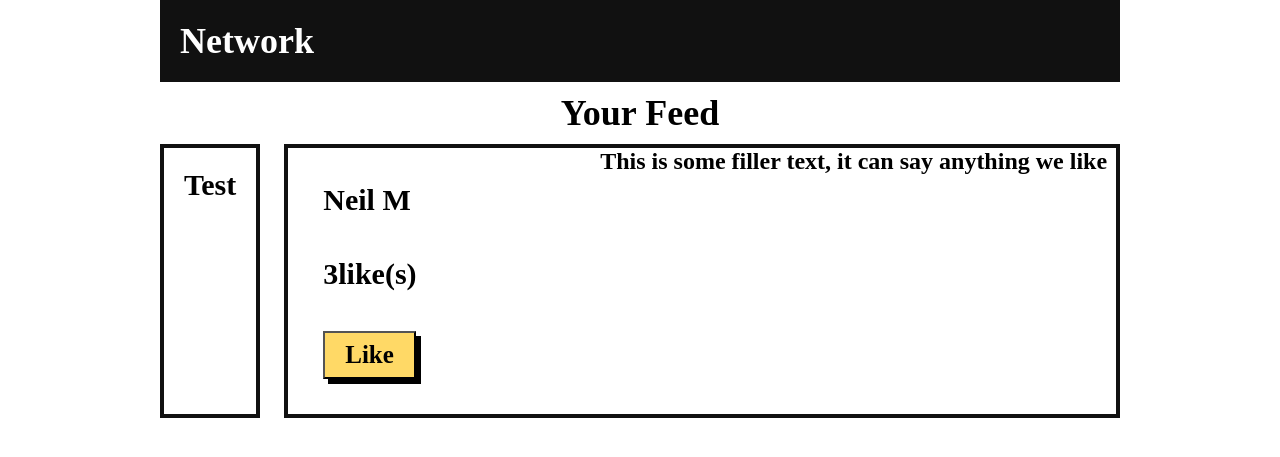
Repository: Blender20/liking_likes
Page: index.html
An editor plug-in stored every save of this project. The page is shown before and after a run of saves, followed by the edit.
The browser window is 1280 px wide. The pictures show the whole page.
Some web fonts or font styles are not loaded; a fallback is used.

Above is the page before, as saved 2022-03-29 23:08:28.

### index.html
<!DOCTYPE html>
<html lang="en">

<head>
  <meta charset="UTF-8">
  <meta http-equiv="X-UA-Compatible" content="IE=edge">
  <meta name="viewport" content="width=device-width, initial-scale=1.0">
  <link rel="stylesheet" href="style.css">
  <title>Document</title>
</head>

<body>
  <nav>
    <h1>Network</h1>
  </nav>
  <div class="feed">
    <h1>Your Feed</h1>
  </div>
  <div class="container flex">
    <div class="leftColumn">
      <h3>Test</h2>
    </div>
    <div class="rightColumn  flex">
      <!-- <div class="rightColumn "> -->

        <div class="user ">

          <h3>Neil M</h3>
          <h3 ><span id="likeCount">3</span> like(s)</h3>
          <button onclick="addLike()" id="like">Like</button>

        </div>
        <div class="right">

          <h2>This is some filler text, it can say anything we like</h2>
        </div>
    </div>
    </div>
    </div>
  </div>
  <script src="script.js"></script>
</body>

</html>

### style.css
@import url('https://fonts.googleapis.com/css2?family=Balsamiq+Sans:ital,wght@0,400;0,700;1,700&display=swap');
  *{
  padding: 0;
  margin: 0;
  box-sizing: border-box;
  font-family: 'Balsamiq Sans', cursive;
}

.flex {
  display: flex;
  justify-content: space-between;
  align-self: center;
  gap:1.5em;
}
nav{
  min-height: 70px;
  background-color: #111;
  display: block;
  width: 75%;
  margin: 0 auto;

  color: #fff;
  font-family: "balsamiq Sans";
  padding: 10px
}
.container {
  margin: 0 auto;
  width: 75%
}

 .leftColumn{
  border: 4px solid #111;
  margin-top: 50px;

  flex:2;
  margin: 0 auto;
 }

.rightColumn {
  border: 4px solid #111;
  margin-top: 50px;
  /* width:550px; */
  /* flex:2; */
  margin: 0 auto;
}
.right {
  flex: 2;
  justify-self: space-between;
}
.user{
  padding: 15px ;
  flex:1;

  margin: auto 0;
}
h1 {

  font-size: 36px;
  padding: 10px;
}
.feed {
  text-align: center;
  justify-content: center;
}
h3 {
  padding: 20px;
  font-size: 30px;
  display:inline-flex


}
#like {
  background-color: #FFD966;
  padding: 8px 20px;
  margin: 20px;
  font-weight: 900;
  font-size: 25px;
  box-shadow: 5px 5px;
  align-self: end;
}

### script.js
var likeCount = document.querySelector('#likeCount')
console.log(likeCount)
function addLike() {

  likeCount.innerText++;

}

After the next 3 saves:
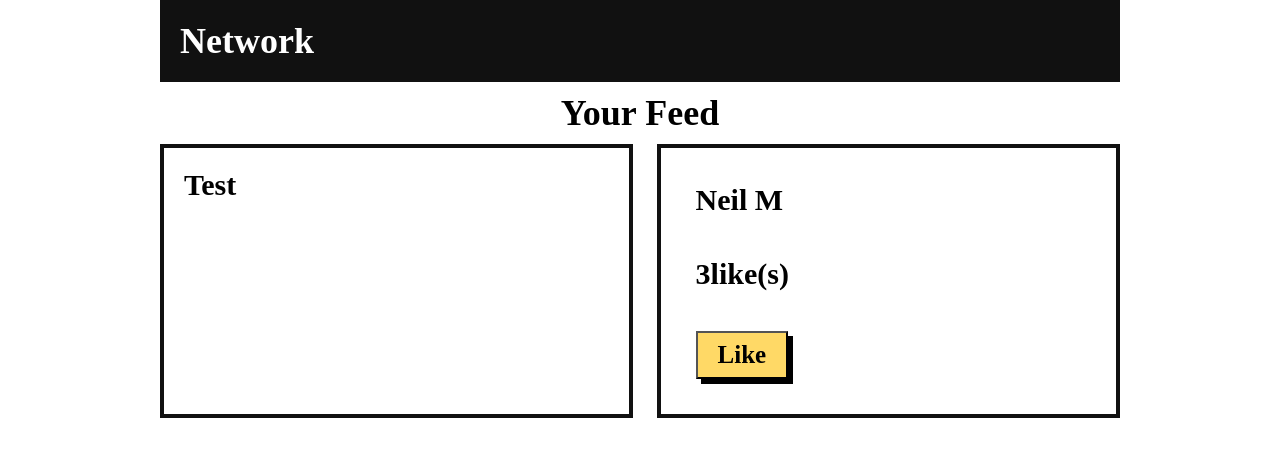
The 3 saves are shown as one change because they came seconds apart.
The last was saved 49 s later.
--- a/index.html
+++ b/index.html
@@ -30,10 +30,7 @@
           <button onclick="addLike()" id="like">Like</button>
 
         </div>
-        <div class="right">
-
-          <h2>This is some filler text, it can say anything we like</h2>
-        </div>
+        <div class="right"></div>
     </div>
     </div>
     </div>
